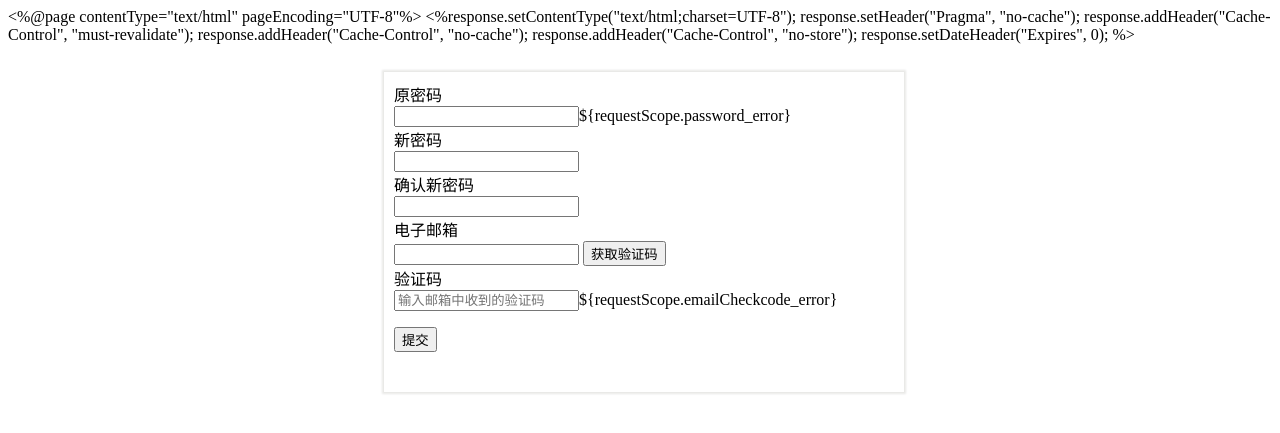
Repository: IAmJiangWenHao/ReportServer
Page: web/demo.html
An editor plug-in stored every save of this project. The page is shown before and after the next save, followed by the edit.
The browser window is 1280 px wide. The pictures show the whole page.

Above is the page before, as saved 2023-06-01 10:22:35.

After the next save:
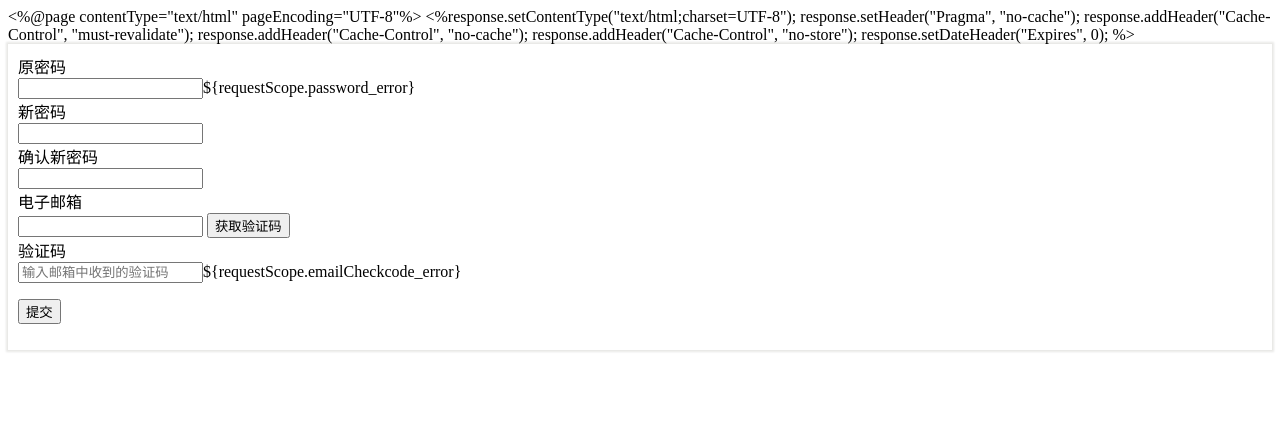
Saved 7 s later.
--- a/web/demo.html
+++ b/web/demo.html
@@ -50,7 +50,7 @@
       box-shadow: 0 0 10px 5px rgba(30, 30, 4, 0.3);
     }
     </style>
-    <div id="course1" style="width: 500px;height:300px;position: absolute;top: 10%;left: 30%;">
+    <div id="course1">
       <form action="SetPasswordEmail.do" method="post" name="form1" onSubmit="return Check()">
         原密码 <div id="old"><input type="password" name="oldpass" >${requestScope.password_error}</div>
         新密码 <div id="new"><input type="password" name="newpass" ><div id="info_newpass" style="color: #ff0000;display:inline;"></div></div>
